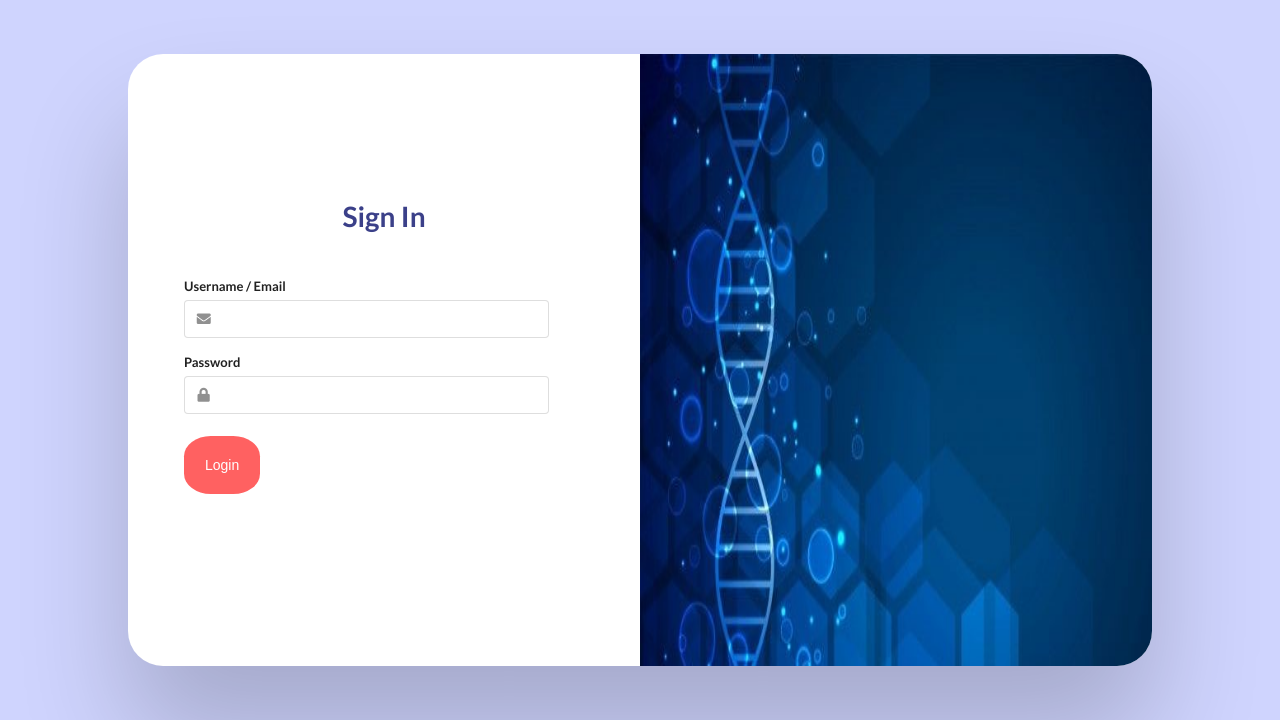
Repository: ajayaj2001/healthcare-digitization
Page: /
These files come from the project's save history. The page is drawn as it stood at one moment and after the next save; the edit follows.
The browser window is 1280 px wide. The pictures show the whole page.
The project was rebuilt for these pictures with package versions that can differ from the ones it lists, and the page was loaded fresh each time. Also part of the build but not shown: src/component/userType/UserType.scss, src/component/userType/UserType.js.

Above is the page before, as saved 2021-03-12 21:19:15.

After the next save:
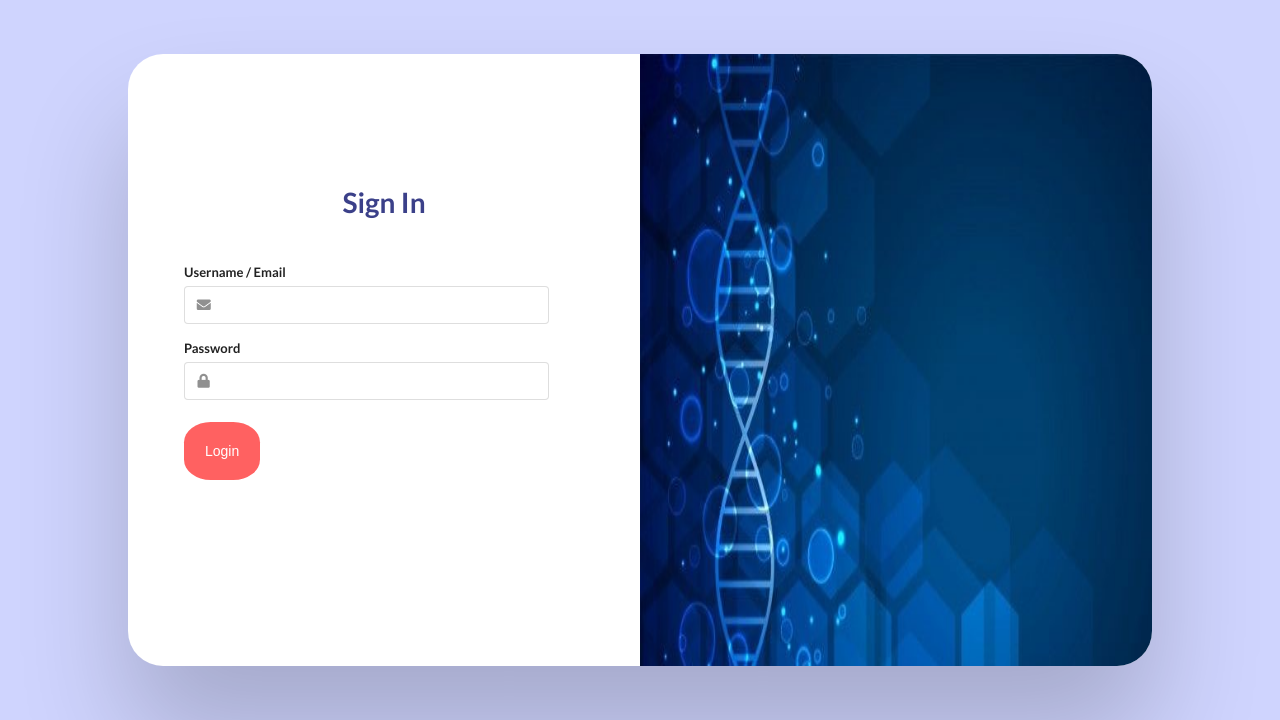
Saved 5 s later.
--- a/src/component/login/Login.scss
+++ b/src/component/login/Login.scss
@@ -23,7 +23,7 @@
     &__signin {
         display: flex;
         flex-direction: column;
-        margin-bottom: 2rem;
+        margin-bottom: 4rem;
         &--form {
             height: 70%;
         }
